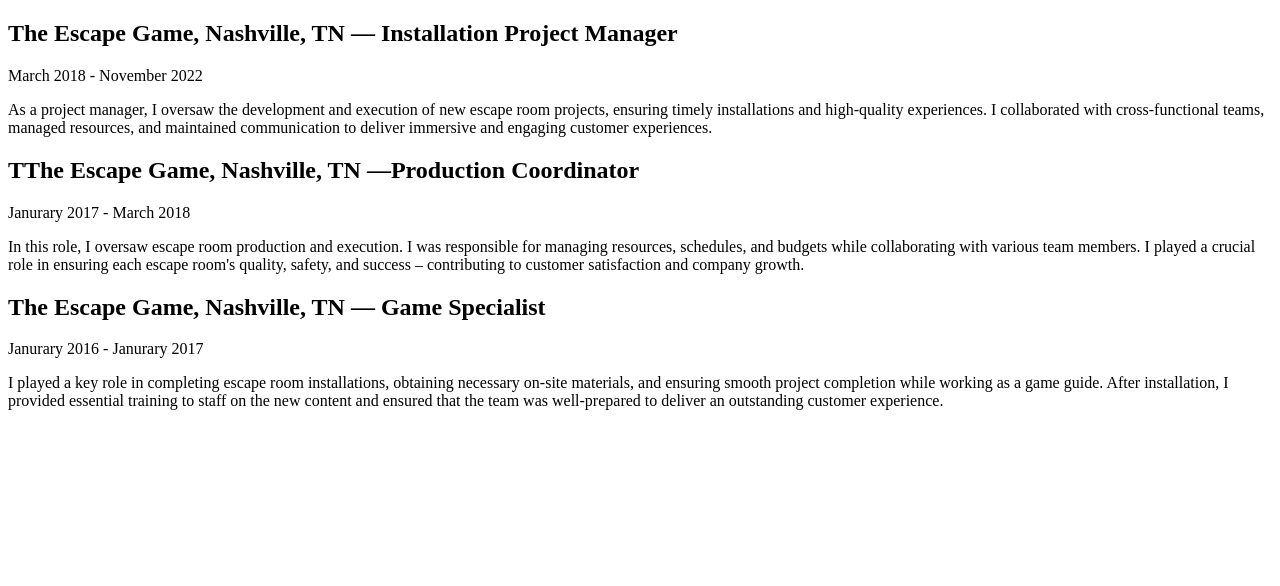
Repository: jgramirez0210/LAB-HTML-Resume
Page: index.html
These files come from the project's save history. The page is drawn as it stood at one moment and after the next save; the edit follows.
The browser window is 1280 px wide. The pictures show the whole page.

Above is the page before, as saved 2023-10-09 21:25:25.

### index.html
<!DOCTYPE html>
<html lang="en">
<head>
  <meta charset="UTF-8">
  <meta name="viewport" content="width=device-width, initial-scale=1.0">
  <title>Jesse's Work Experience</title>
</head>
<body>
  <article>
    <h2>The Escape Game, Nashville, TN — Installation Project Manager </h2>
    <time datetime="2018-03" >March 2018</time> - <time datetime="2022-10" >November 2022</time></time>
    <p>As a project manager, I oversaw the development and execution of new escape room projects, ensuring timely installations and high-quality experiences. I collaborated with cross-functional teams, managed resources, and maintained communication to deliver immersive and engaging customer experiences.</p>
  </article>
  <article>
    <h2>TThe Escape Game, Nashville, TN —Production Coordinator</h2>
    <time datetime="2017-01" >Janurary 2017</time> - <time datetime="2018-3" >March 2018</time></time>
    <p>In this role, I oversaw escape room production and execution. I was responsible for managing resources, schedules, and budgets while collaborating with various team members. I played a crucial role in ensuring each escape room's quality, safety, and success – contributing to customer satisfaction and company growth.
    </p>
  </article>
  <article>
    <h2>The Escape Game, Nashville, TN — Game Specialist</h2>
    <time datetime="2016-01" >Janurary 2016</time> - <time datetime="2017-01" >Janurary 2017</time></time>
    <p>I played a key role in completing escape room installations, obtaining necessary on-site materials, and ensuring smooth project completion while working as a game guide. After installation, I provided essential training to staff on the new content and ensured that the team was well-prepared to deliver an outstanding customer experience.
    </p>
  </article>
</body>
</html>

After the next save:
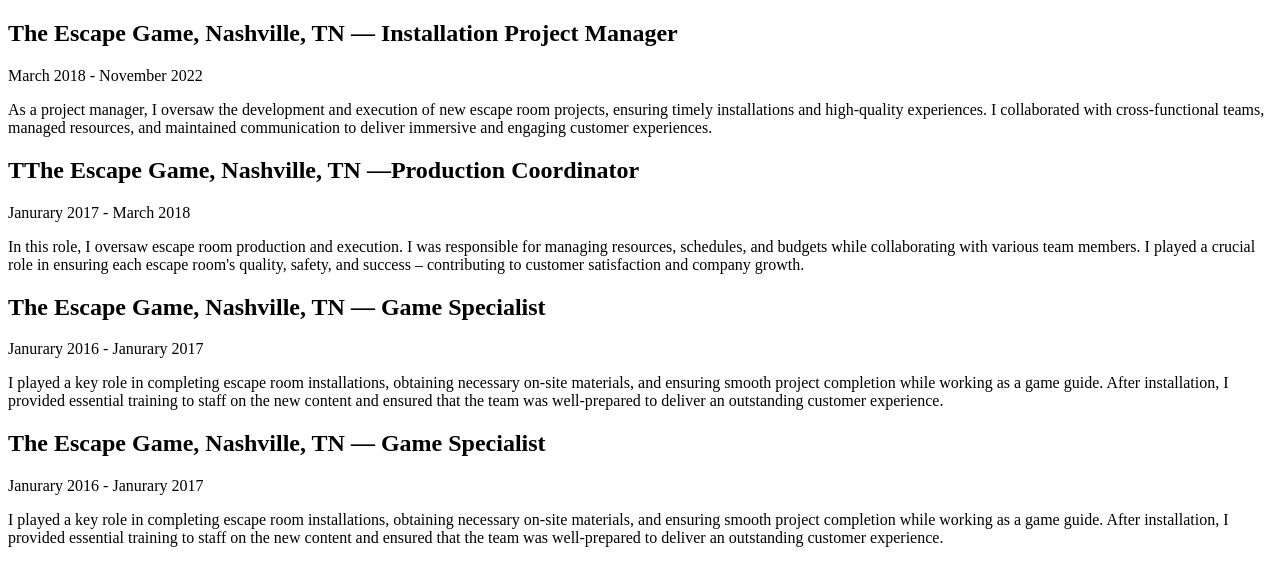
Saved 7 s later.
--- a/index.html
+++ b/index.html
@@ -23,5 +23,11 @@
     <p>I played a key role in completing escape room installations, obtaining necessary on-site materials, and ensuring smooth project completion while working as a game guide. After installation, I provided essential training to staff on the new content and ensured that the team was well-prepared to deliver an outstanding customer experience.
     </p>
   </article>
+  <article>
+    <h2>The Escape Game, Nashville, TN — Game Specialist</h2>
+    <time datetime="2016-01" >Janurary 2016</time> - <time datetime="2017-01" >Janurary 2017</time></time>
+    <p>I played a key role in completing escape room installations, obtaining necessary on-site materials, and ensuring smooth project completion while working as a game guide. After installation, I provided essential training to staff on the new content and ensured that the team was well-prepared to deliver an outstanding customer experience.
+    </p>
+  </article>
 </body>
 </html>
